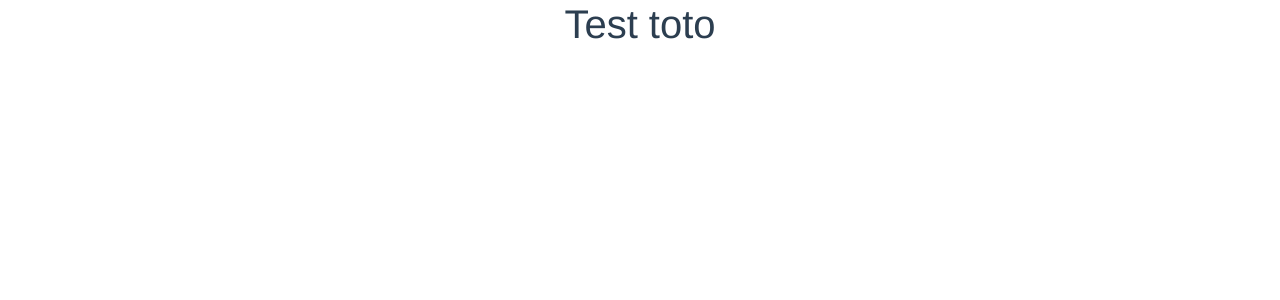
Repository: corentin-e-student/test-vue
Page: /
These files come from the project's save history. The page is drawn as it stood at one moment and after the next save; the edit follows.
The browser window is 1280 px wide. The pictures show the whole page.
The project was rebuilt for these pictures with package versions that can differ from the ones it lists, and the page was loaded fresh each time. Also part of the build but not shown: vue.config.js.

Above is the page before, as saved 2023-02-28 14:32:30.

After the next save:
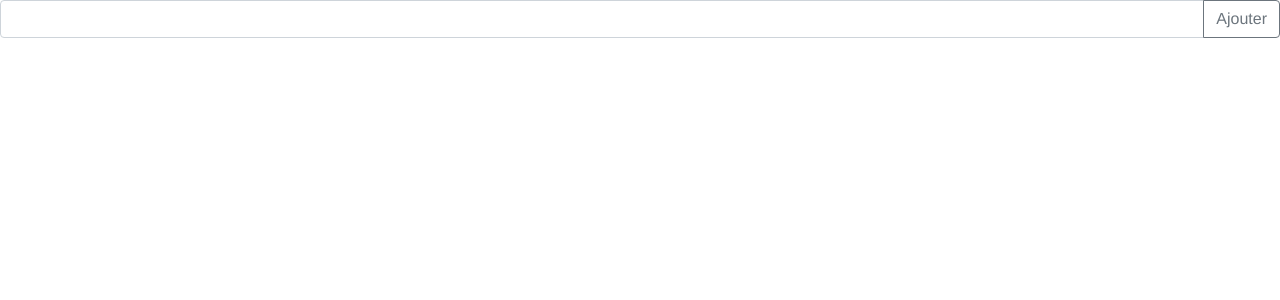
Saved 46 s later.
--- a/src/components/AddField.vue
+++ b/src/components/AddField.vue
@@ -1,6 +1,12 @@
 <template>
     <div class="hello">
-      <h1>Test toto</h1>
+      <b-input-group>
+        <b-form-input type="number" min="0.00"></b-form-input>
+
+        <b-input-group-append>
+          <b-button variant="outline-secondary">Ajouter</b-button>
+        </b-input-group-append>
+      </b-input-group>
     </div>
   </template>
 
